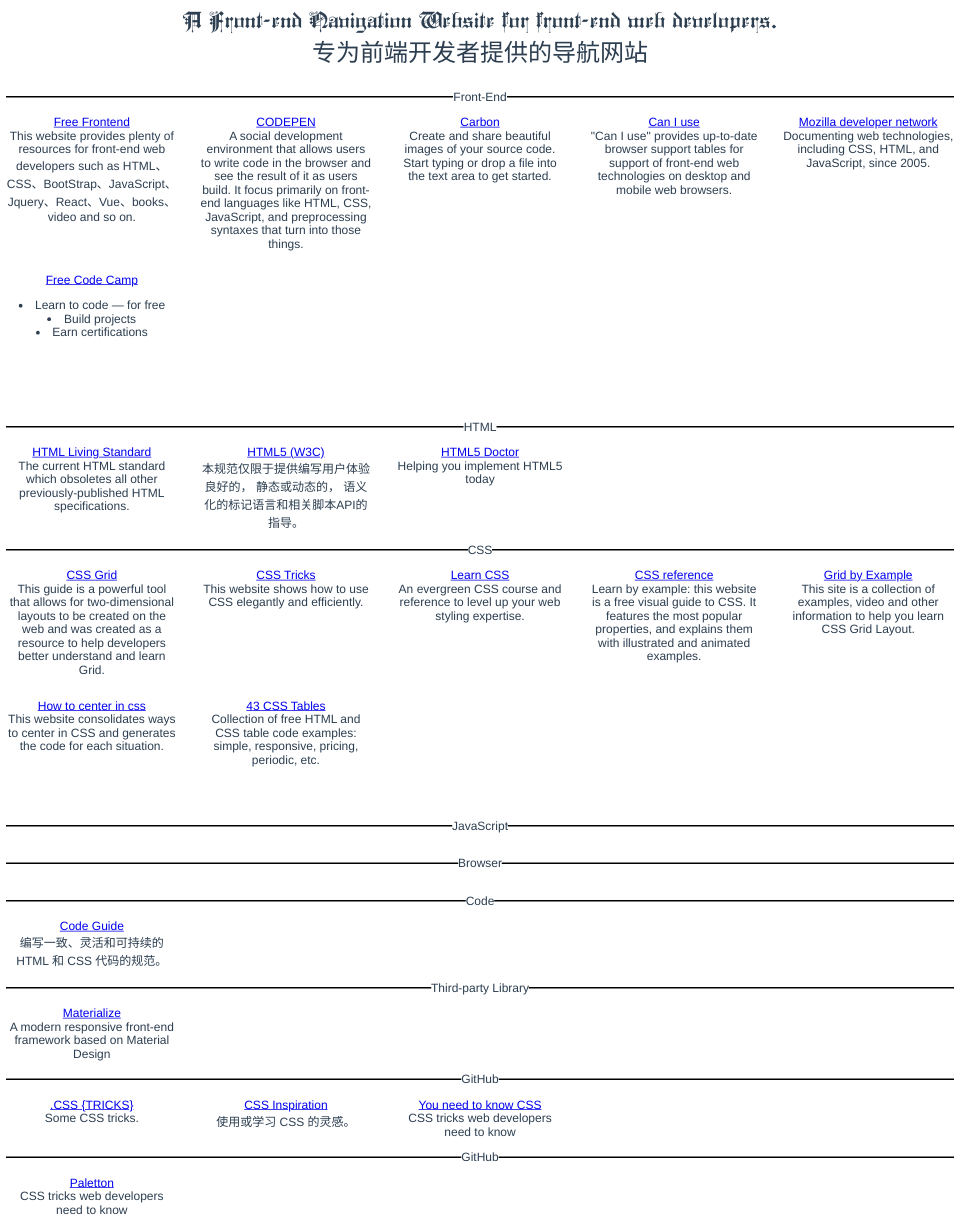
Repository: 321paranoiawhy/fenav.io
Page: /
The author's editor kept a copy of each file at every save. The page is drawn from the files as they stood at one save, then again after the next save.
The browser window is 1280 px wide. The pictures show the whole page, at 75% of full size.
The project was rebuilt for these pictures with package versions that can differ from the ones it lists, and the page was loaded fresh each time. Also part of the build but not shown: vue.config.js.

Above is the page before, as saved 2022-04-06 01:36:49.

After the next save:
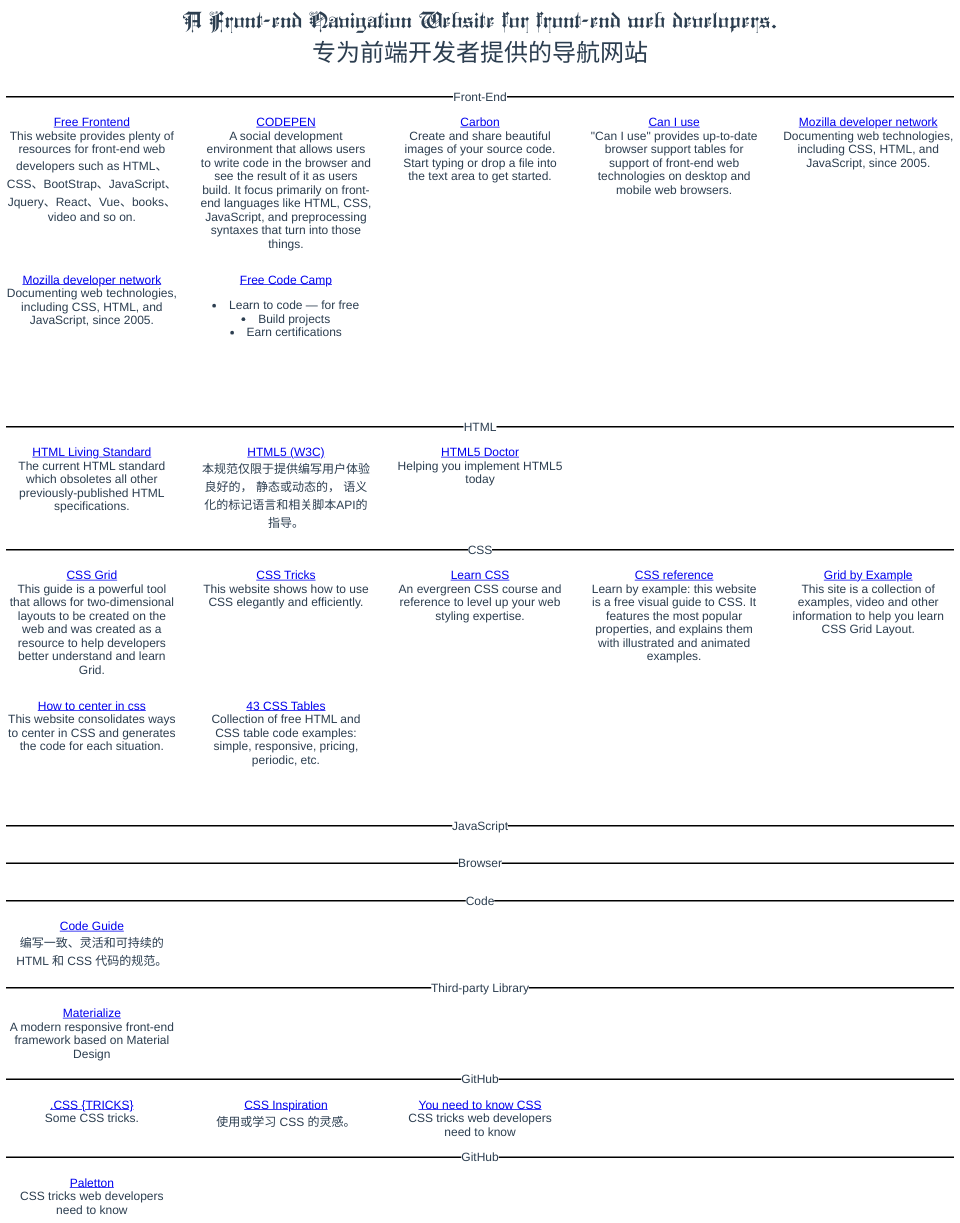
Saved 2 min 27 s later.
--- a/src/views/HomeView.vue
+++ b/src/views/HomeView.vue
@@ -37,6 +37,12 @@
                 "Can I use" provides up-to-date browser support tables for
                 support of front-end web technologies on desktop and mobile web
                 browsers.
+            </div>
+        </div>
+        <div class="card">
+            <a class="url" href="https://developer.mozilla.org/zh-CN/">Mozilla developer network</a>
+            <div class="description">
+                Documenting web technologies, including CSS, HTML, and JavaScript, since 2005.
             </div>
         </div>
         <div class="card">
